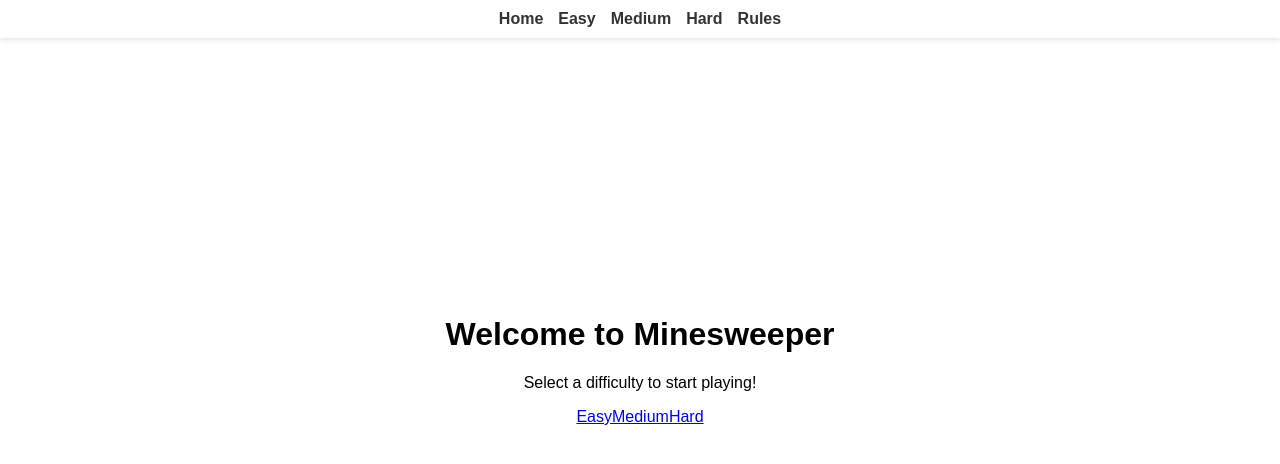
Repository: liwingy/-WingYee-_-Li-project2
Page: /
An editor plug-in stored every save of this project. The page is shown before and after the next save, followed by the edit.
The browser window is 1280 px wide. The pictures show the whole page.
The project was rebuilt for these pictures with package versions that can differ from the ones it lists, and the page was loaded fresh each time. Also part of the build but not shown: src/components/Cell.js, src/views/Game.js, src/views/Rules.js.

Above is the page before, as saved 2024-11-11 16:17:09.

After the next save:
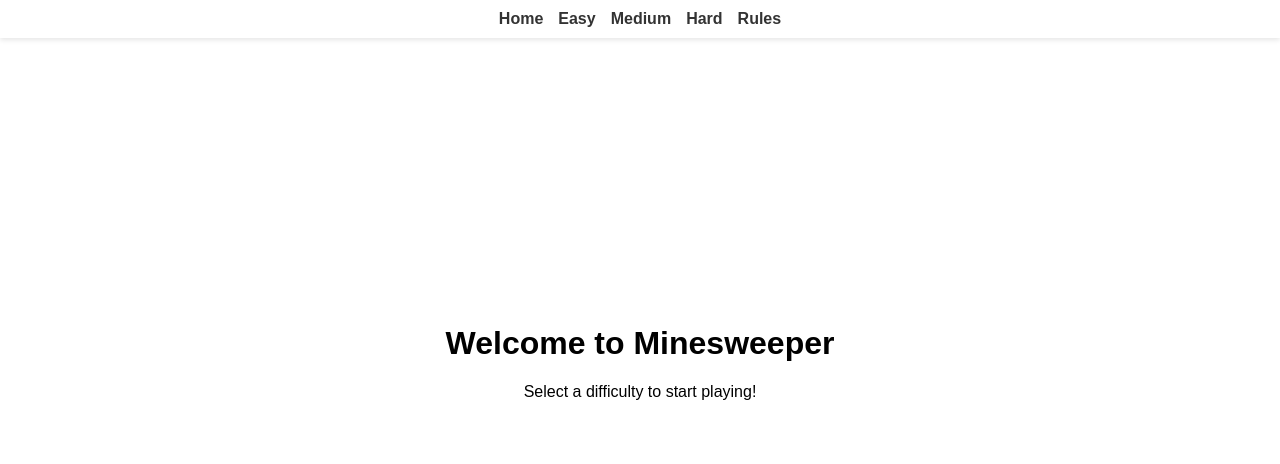
Saved 52 min 15 s later.
--- a/src/views/Homepage.js
+++ b/src/views/Homepage.js
@@ -6,9 +6,6 @@ function Homepage() {
     <div>
       <h1>Welcome to Minesweeper</h1>
       <p>Select a difficulty to start playing!</p>
-      <Link to="/game/easy">Easy</Link>
-      <Link to="/game/medium">Medium</Link>
-      <Link to="/game/hard">Hard</Link>
     </div>
   );
 }
